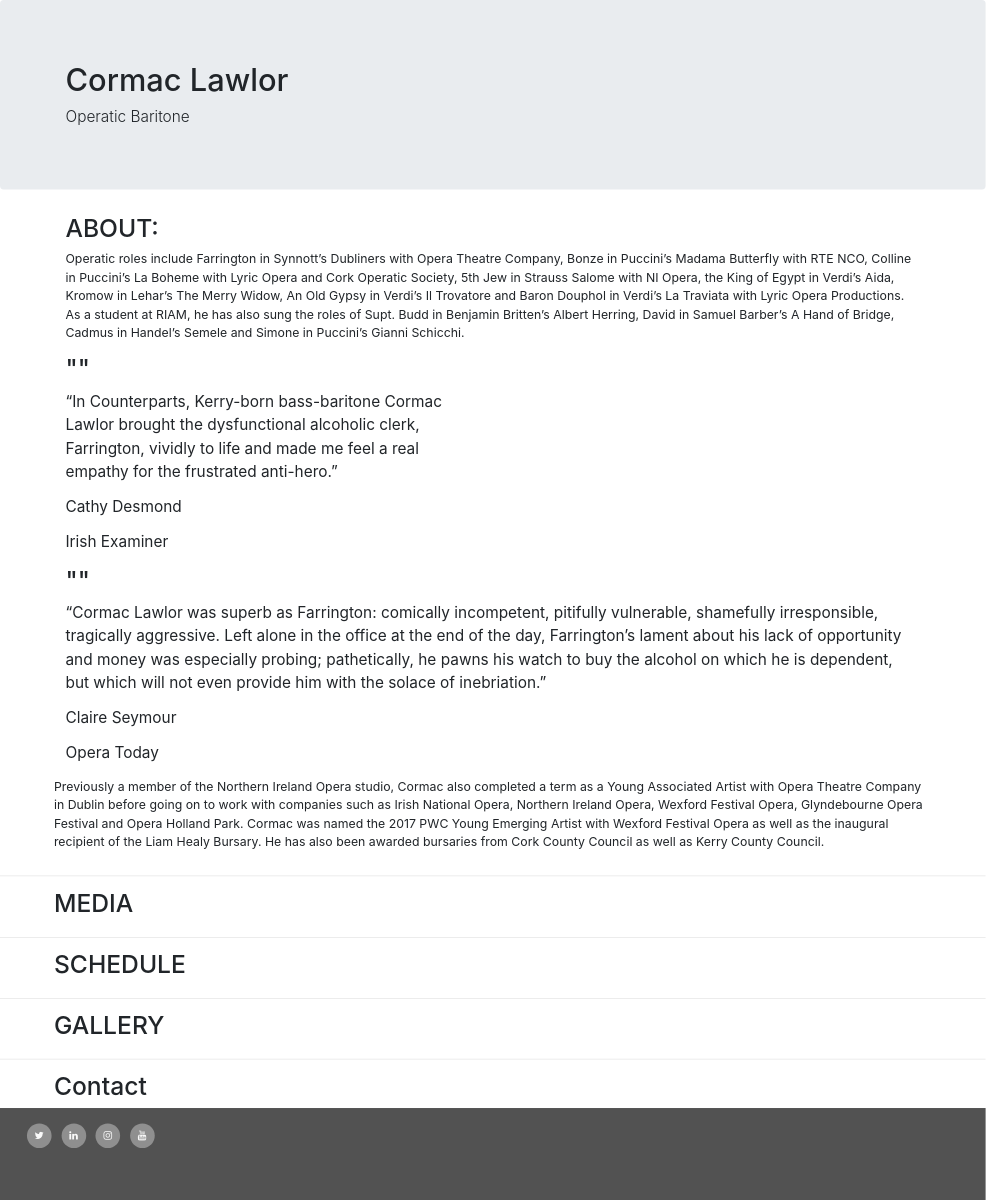
Repository: armedcor/frontend-project
Page: index.html
The author's editor kept a record of every edit. The page is drawn from the files as they stood at one moment, then again after the next edit.
The browser window is 1280 px wide. The page is 1295 px wide, so the pictures cover 1295 px, including what lies to the right of the window. The pictures show the whole page, at 77% of full size.

Above is the page before.

After the next edit:
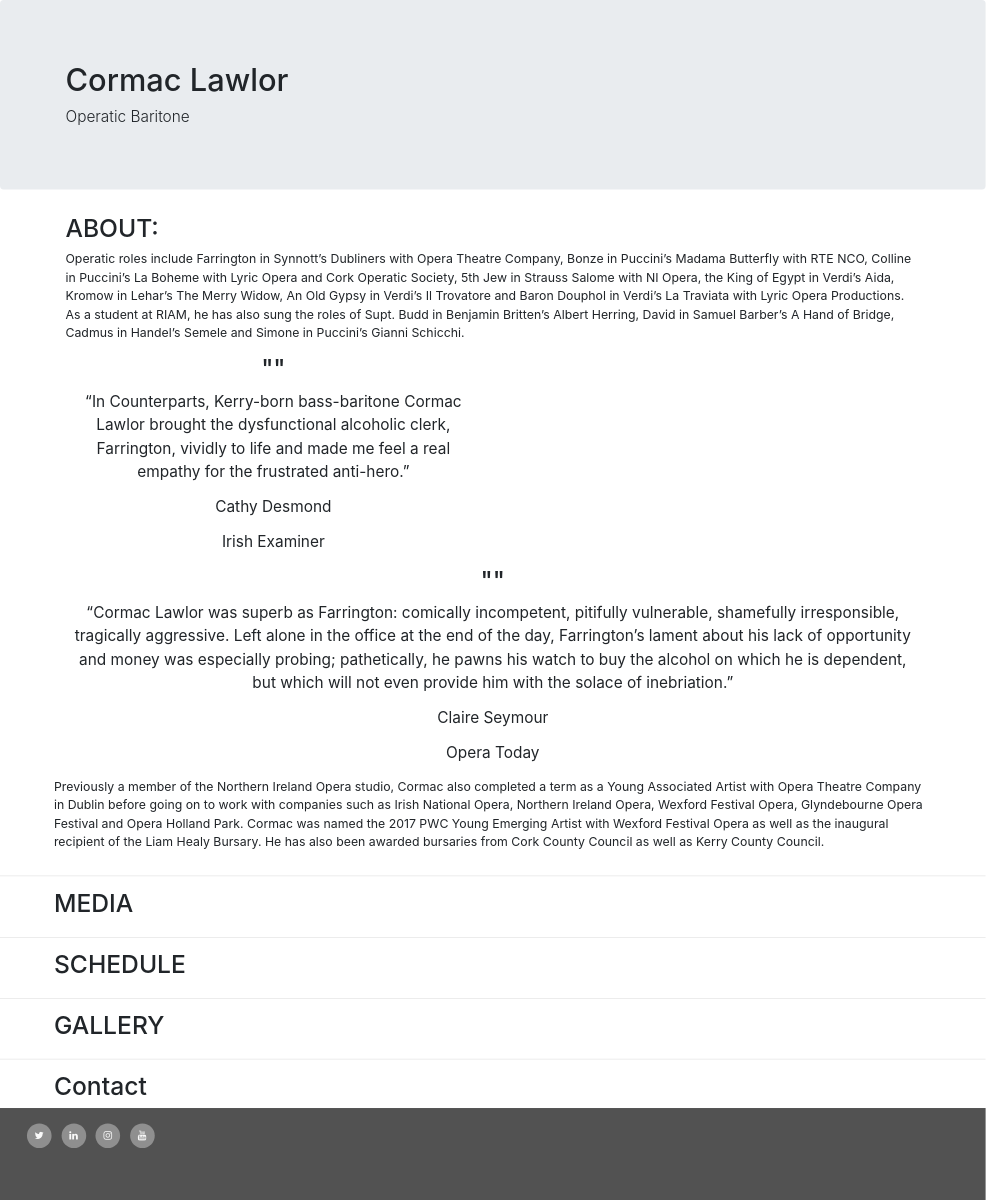
The edit:
--- a/assets/css/style.css
+++ b/assets/css/style.css
@@ -17,6 +17,10 @@
     font-family: "Exo 2", sans-serif;
     font-weight: 300;
     color: #fafafa
+}
+
+.blockquote {
+    text-align: center;
 }
 
 /*----------------------Footer */
